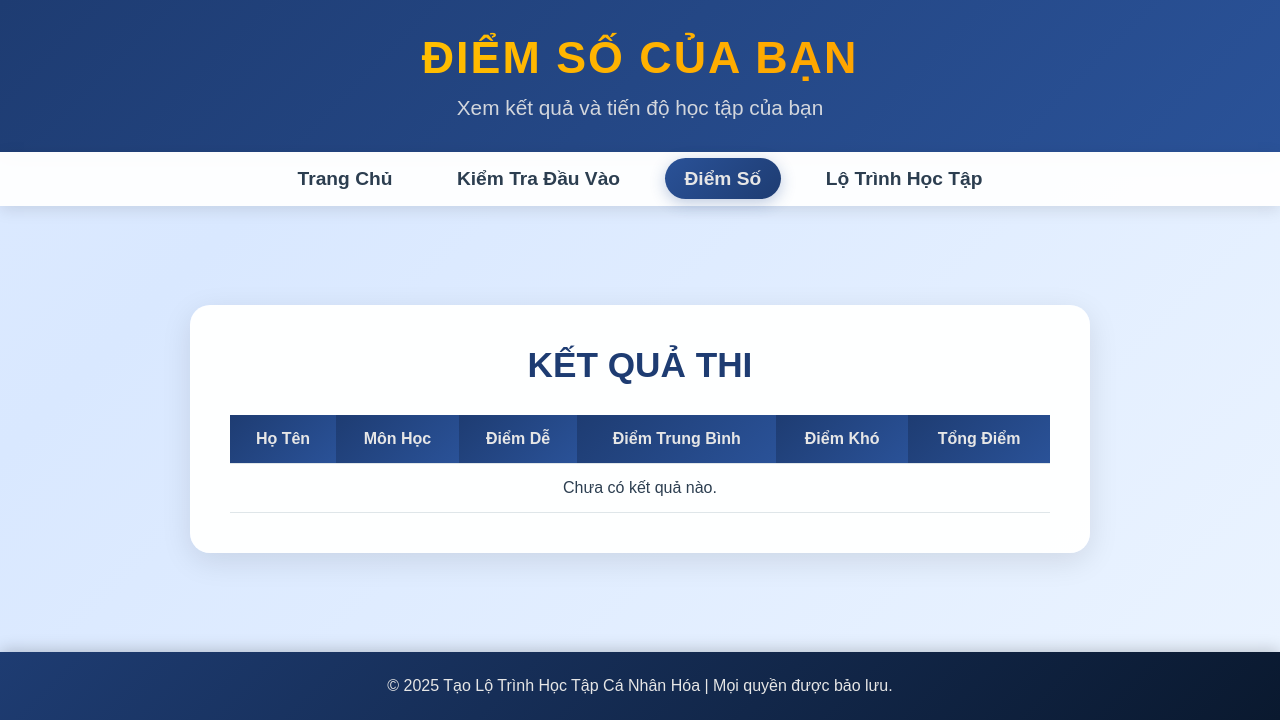
Repository: quankenda73/Prject_Final
Page: INDEX/scores.html
These files come from the project's save history. The page is drawn as it stood at one moment and after the next save; the edit follows.
The browser window is 1280 px wide. The pictures show the whole page.

Above is the page before, as saved 2025-02-26 13:44:48.

After the next save:
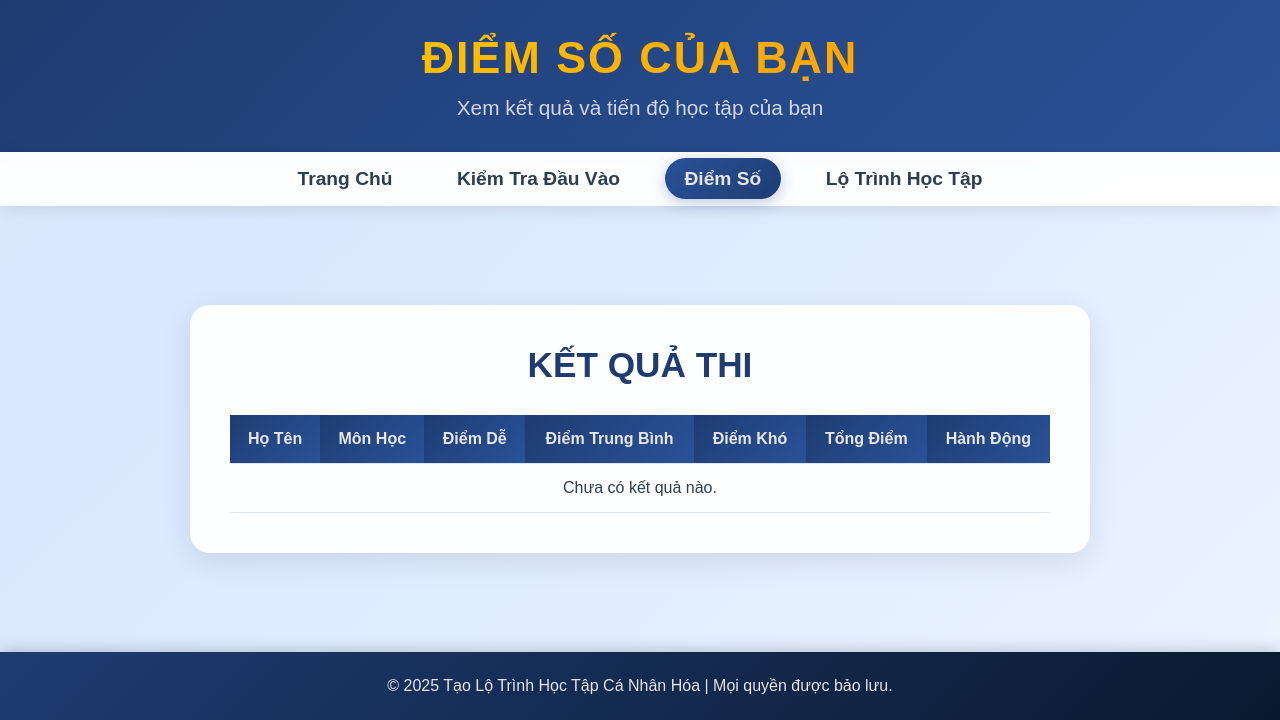
Saved 5 min 59 s later.
--- a/INDEX/scores.html
+++ b/INDEX/scores.html
@@ -5,7 +5,7 @@
     <meta name="viewport" content="width=device-width, initial-scale=1.0">
     <title>Điểm Số - Tạo Lộ Trình Học Tập Cá Nhân Hóa</title>
     <style>
-        /* CSS giữ nguyên như trước */
+        /* CSS giữ nguyên như trước và thêm kiểu cho nút */
         * {
             margin: 0;
             padding: 0;
@@ -133,6 +133,35 @@
             background: linear-gradient(135deg, #1e3c72, #0a192f);
             color: #e6e6e6;
             box-shadow: 0 -2px 15px rgba(0, 0, 0, 0.2);
+        }
+
+        /* CSS cho nút Sửa và Xóa */
+        button.edit-btn, button.delete-btn {
+            padding: 8px 15px;
+            margin: 0 5px;
+            border: none;
+            border-radius: 5px;
+            cursor: pointer;
+            font-size: 1rem;
+            transition: all 0.3s ease;
+        }
+
+        button.edit-btn {
+            background: linear-gradient(135deg, #28a745, #218838);
+            color: white;
+        }
+
+        button.edit-btn:hover {
+            background: linear-gradient(135deg, #218838, #1e7e34);
+        }
+
+        button.delete-btn {
+            background: linear-gradient(135deg, #dc3545, #c82333);
+            color: white;
+        }
+
+        button.delete-btn:hover {
+            background: linear-gradient(135deg, #c82333, #bd2130);
         }
     </style>
 </head>
@@ -161,6 +190,7 @@
                         <th>Điểm Trung Bình</th>
                         <th>Điểm Khó</th>
                         <th>Tổng Điểm</th>
+                        <th>Hành Động</th>
                     </tr>
                 </thead>
                 <tbody id="scoresTableBody"></tbody>
@@ -181,18 +211,19 @@
             'chemistry': 'Hóa Học'
         };
 
-        document.addEventListener('DOMContentLoaded', () => {
+        function loadScores() {
             const results = JSON.parse(localStorage.getItem('quizResults')) || [];
             const tbody = document.getElementById('scoresTableBody');
 
             console.log("Dữ liệu từ localStorage:", results);
 
             if (results.length === 0) {
-                tbody.innerHTML = '<tr><td colspan="6">Chưa có kết quả nào.</td></tr>';
+                tbody.innerHTML = '<tr><td colspan="7">Chưa có kết quả nào.</td></tr>';
                 return;
             }
 
-            results.forEach(result => {
+            tbody.innerHTML = ''; // Xóa nội dung cũ
+            results.forEach((result, index) => {
                 const row = document.createElement('tr');
                 row.innerHTML = `
                     <td>${result.name}</td>
@@ -201,10 +232,54 @@
                     <td>${result.scoreMedium}</td>
                     <td>${result.scoreHard}</td>
                     <td>${result.totalScore}</td>
+                    <td>
+                        <button class="edit-btn" onclick="editScore(${index})">Sửa</button>
+                        <button class="delete-btn" onclick="deleteScore(${index})">Xóa</button>
+                    </td>
                 `;
                 tbody.appendChild(row);
             });
-        });
+        }
+
+        function saveScores(results) {
+            localStorage.setItem('quizResults', JSON.stringify(results));
+            loadScores(); // Tải lại bảng sau khi cập nhật
+        }
+
+        function editScore(index) {
+            const results = JSON.parse(localStorage.getItem('quizResults')) || [];
+            const result = results[index];
+
+            const newName = prompt("Nhập họ tên mới:", result.name);
+            const newScoreEasy = prompt("Nhập điểm dễ mới:", result.scoreEasy);
+            const newScoreMedium = prompt("Nhập điểm trung bình mới:", result.scoreMedium);
+            const newScoreHard = prompt("Nhập điểm khó mới:", result.scoreHard);
+            const newTotalScore = prompt("Nhập tổng điểm mới:", result.totalScore);
+
+            if (newName && newScoreEasy && newScoreMedium && newScoreHard && newTotalScore) {
+                results[index] = {
+                    name: newName,
+                    subject: result.subject, // Giữ nguyên môn học
+                    scoreEasy: parseInt(newScoreEasy) || 0,
+                    scoreMedium: parseInt(newScoreMedium) || 0,
+                    scoreHard: parseInt(newScoreHard) || 0,
+                    totalScore: parseInt(newTotalScore) || 0
+                };
+                saveScores(results);
+            } else {
+                alert("Vui lòng nhập đầy đủ thông tin!");
+            }
+        }
+
+        function deleteScore(index) {
+            if (confirm("Bạn có chắc chắn muốn xóa kết quả này?")) {
+                const results = JSON.parse(localStorage.getItem('quizResults')) || [];
+                results.splice(index, 1); // Xóa hàng tại index
+                saveScores(results);
+            }
+        }
+
+        document.addEventListener('DOMContentLoaded', loadScores);
     </script>
 </body>
 </html>
